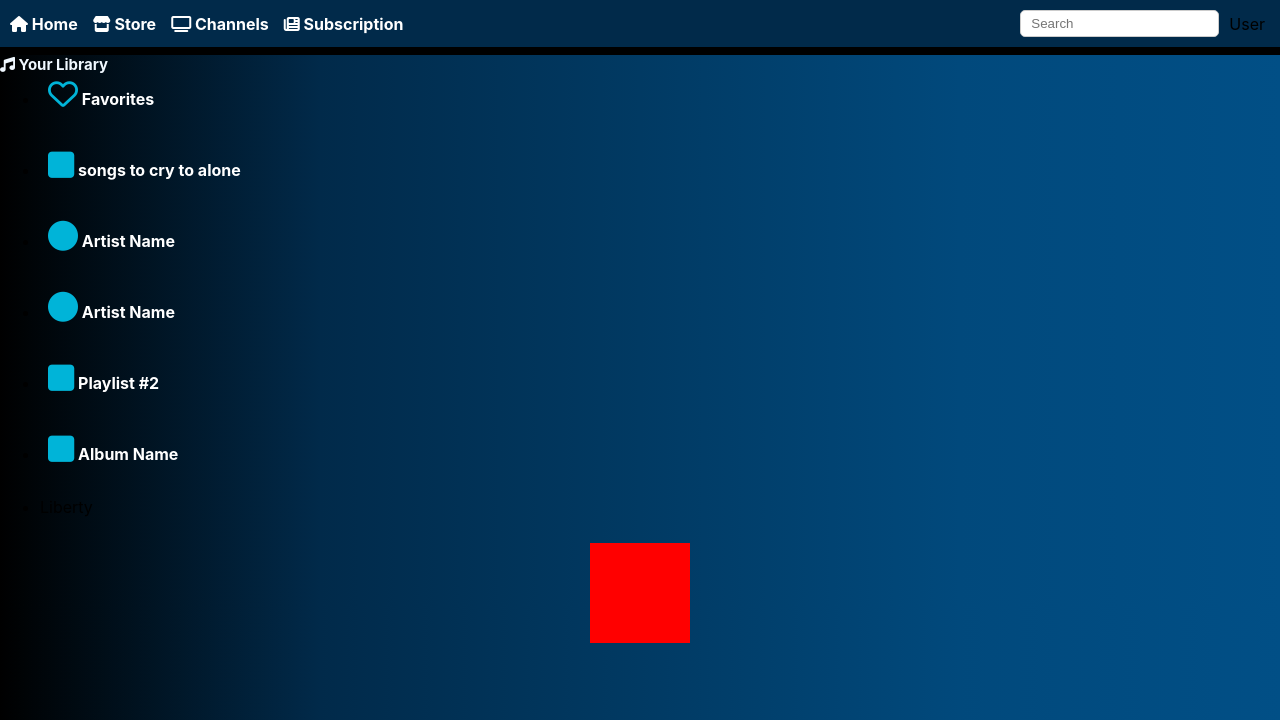
Repository: gordonnrat/group-2-project
Page: / (app in source-code/)
An editor plug-in stored every save of this project. The page is shown before and after the next save, followed by the edit.
The browser window is 1280 px wide. The pictures show the whole page.
The project was rebuilt for these pictures with package versions that can differ from the ones it lists, and the page was loaded fresh each time. Also part of the build but not shown: source-code/src/App.css, source-code/src/App.js, source-code/src/components/pages/Login.js.

Above is the page before, as saved 2023-07-26 16:13:17.

After the next save:
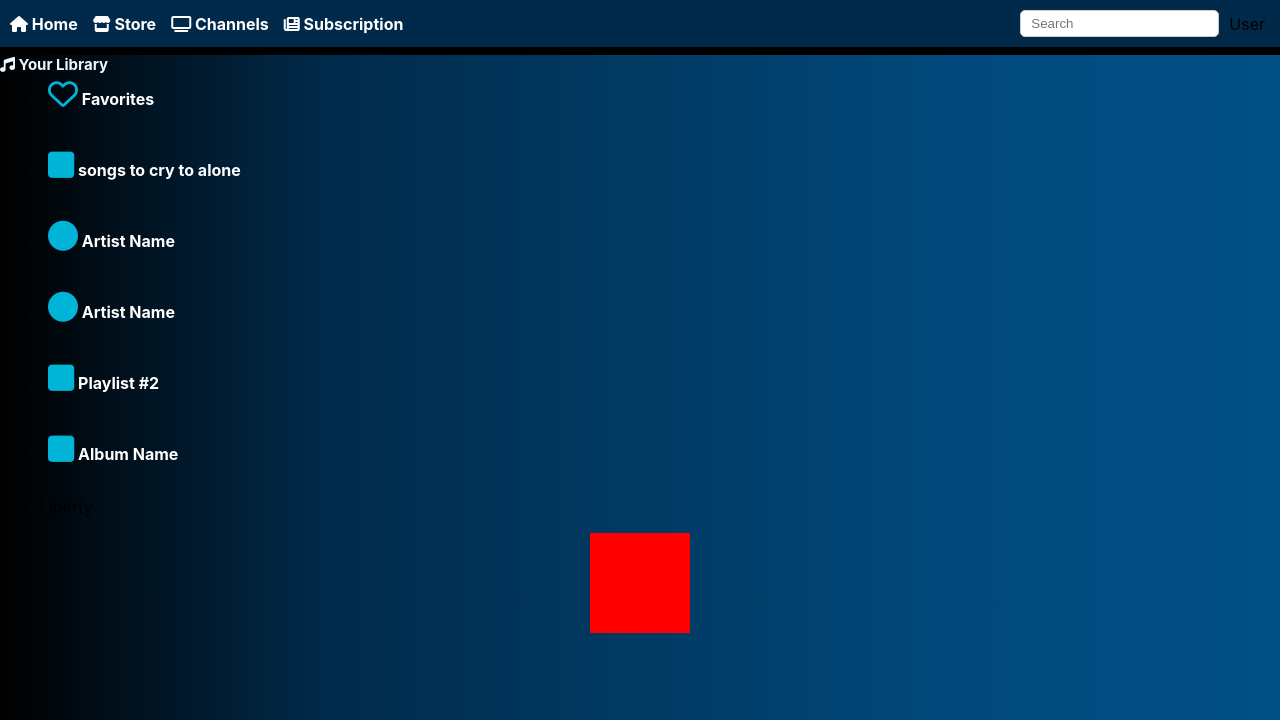
Saved 8 s later.
--- a/source-code/src/components/pages/js.css
+++ b/source-code/src/components/pages/js.css
@@ -8,13 +8,7 @@
     height: 300px; /* Adjust the height as needed */
   }
 
-  /* Style the square */
-  .square {
-    width: 100px;
-    height: 100px;
-    background-color: rgb(0, 255, 85); /* Set the color you want for the square */
-    margin: 10px; /* Add spacing between squares if needed */
-  }
+
 
 
   /* square.css (or create a new CSS file and import it) */
